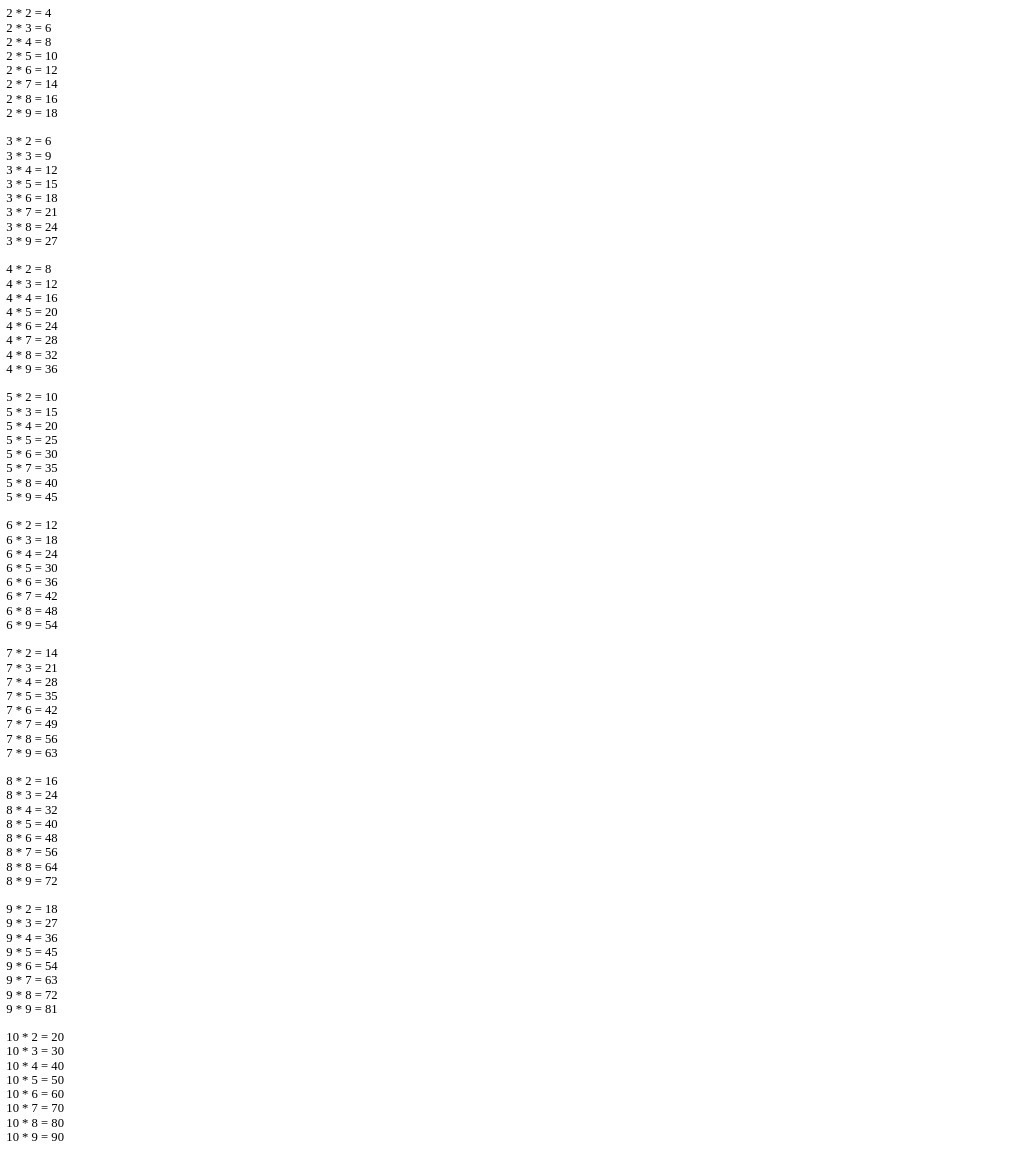
Repository: chaeunji91/2020_12_firstspring_practice
Page: http://localhost/myFirstJsp/mulTable.jsp
The author's editor kept a copy of each file at every save. The page is drawn from the files as they stood at one save, then again after the next save.
The browser window is 1280 px wide. The pictures show the whole page, at 79% of full size.
The page is served by Tomcat 9. Other server files are loaded and not shown.

Above is the page before, as saved 2020-12-01 07:31:33.

### myFirstJsp/WebContent/mulTable.jsp
<%@ page language="java" contentType="text/html; charset=UTF-8"
	pageEncoding="UTF-8"%>
<!DOCTYPE html>
<html>
<head>
<meta charset="UTF-8">
<title>Insert title here</title>
</head>
<body>
	<%
		for (int i = 2; i <= 10; i++) {
			for (int j = 2; j <= 9; j++) {
				out.print(i + " * " + j + " = " + i * j + "<br>");
			}
		out.print("<br>");
	}
	%>
</body>
</html>

After the next save:
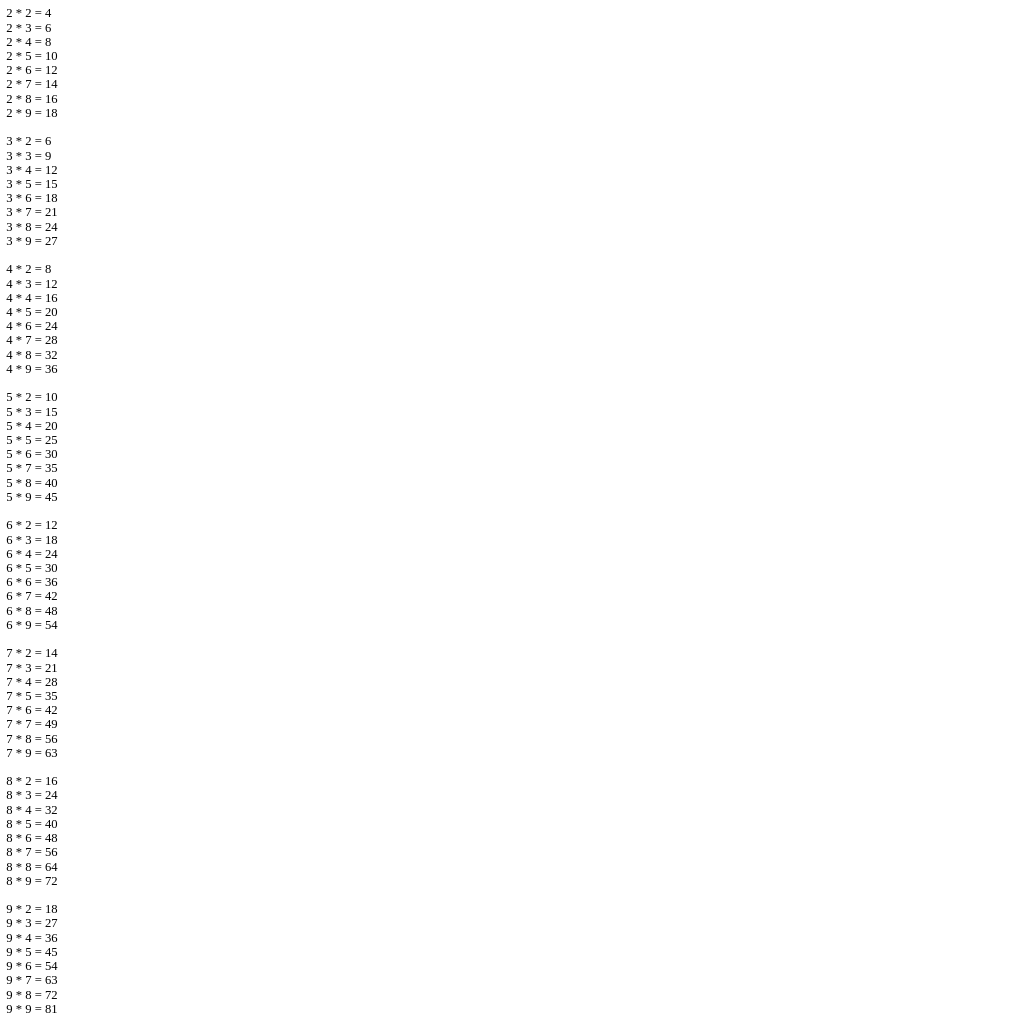
Saved 13 s later.
--- a/myFirstJsp/WebContent/mulTable.jsp
+++ b/myFirstJsp/WebContent/mulTable.jsp
@@ -8,7 +8,7 @@
 </head>
 <body>
 	<%
-		for (int i = 2; i <= 10; i++) {
+		for (int i = 2; i <= 9; i++) {
 			for (int j = 2; j <= 9; j++) {
 				out.print(i + " * " + j + " = " + i * j + "<br>");
 			}
